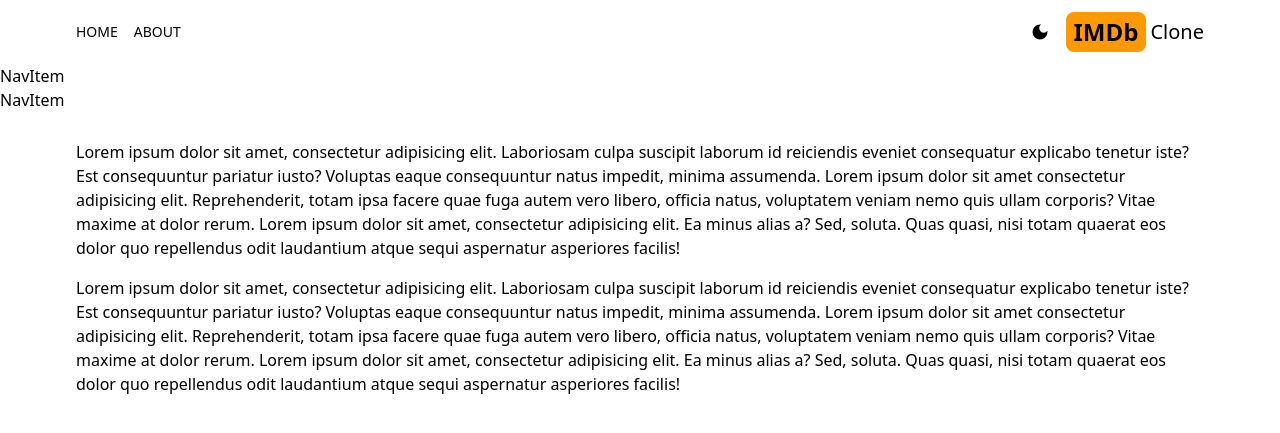
Repository: EmmyDunny1/Imdb-Clone
Page: /About
The author's editor kept a copy of each file at every save. The page is drawn from the files as they stood at one save, then again after the next save.
The browser window is 1280 px wide. The pictures show the whole page.
The project was rebuilt for these pictures with package versions that can differ from the ones it lists, and the page was loaded fresh each time. The framework's server and built-in components were replaced by stand-ins that run in the browser. Also part of the build but not shown: next.config.mjs.

Above is the page before, as saved 2025-07-24 14:10:59.

### src/app/layout.js
import { Geist, Geist_Mono } from "next/font/google";
import "./globals.css";
import Header from "@/components/Header";
import Providers from "@/app/Providers";
import Navbar from "@/components/Navbar";

const geistSans = Geist({
  variable: "--font-geist-sans",
  subsets: ["latin"],
});

const geistMono = Geist_Mono({
  variable: "--font-geist-mono",
  subsets: ["latin"],
});

export const metadata = {
  title: "imdb-clone",
  description: "Generated By Next",
};

export default function RootLayout({ children }) {
  return (
    <html lang="en" suppressHydrationWarning>
      <body
        className={`${geistSans.variable} ${geistMono.variable} antialiased`}
      >
        <Providers>
        <Header />
        <Navbar />
        {children}
        </Providers>

      </body>
    </html>
  );
}

### src/app/About/page.jsx
'use client'
import React from 'react'

export default function About() {
  return (
    <div className='p-3 space-y-4 max-w-6xl mx-auto'>
      <h1 className='text-2xl font-md'></h1>
      <p>Lorem ipsum dolor sit amet, consectetur adipisicing elit. Laboriosam culpa suscipit laborum id reiciendis eveniet consequatur explicabo tenetur iste? Est consequuntur pariatur iusto? Voluptas eaque consequuntur natus impedit, minima assumenda. Lorem ipsum dolor sit amet consectetur adipisicing elit. Reprehenderit, totam ipsa facere quae fuga autem vero libero, officia natus, voluptatem veniam nemo quis ullam corporis? Vitae maxime at dolor rerum. Lorem ipsum dolor sit amet, consectetur adipisicing elit. Ea minus alias a? Sed, soluta. Quas quasi, nisi totam quaerat eos dolor quo repellendus odit laudantium atque sequi aspernatur asperiores facilis!</p>
      <p>Lorem ipsum dolor sit amet, consectetur adipisicing elit. Laboriosam culpa suscipit laborum id reiciendis eveniet consequatur explicabo tenetur iste? Est consequuntur pariatur iusto? Voluptas eaque consequuntur natus impedit, minima assumenda. Lorem ipsum dolor sit amet consectetur adipisicing elit. Reprehenderit, totam ipsa facere quae fuga autem vero libero, officia natus, voluptatem veniam nemo quis ullam corporis? Vitae maxime at dolor rerum. Lorem ipsum dolor sit amet, consectetur adipisicing elit. Ea minus alias a? Sed, soluta. Quas quasi, nisi totam quaerat eos dolor quo repellendus odit laudantium atque sequi aspernatur asperiores facilis!</p>
    </div>
  )
}

### src/components/Header.jsx
import React from "react";
import MenuItem from "@/components/MenuItem";
import { AiFillHome } from "react-icons/ai";
import { BsFillInfoCircleFill } from "react-icons/bs";
import Link from "next/link";
import DarkModeSwitch from "./DarkModeSwitch";

export default function Header() {
  return (
    <>
      <div className="flex justify-between p-3  max-w-6xl mx-auto ">
        <div className="flex gap-4">
          <MenuItem
            title="home"
            address="/"
            Icon={AiFillHome}
          />
          <MenuItem
            title="about"
            address="/about"
            Icon={BsFillInfoCircleFill}
          />
        </div>
        <div className="flex items-center gap-4">
          <DarkModeSwitch />
          <Link
            href={"/"}
            className="flex gap-1 items-center"
          >
            <span className="px-2  py-1 font-bold bg-amber-500 rounded-lg text-2xl">
              IMDb
            </span>
            <span className=" hidden sm:inline text-xl">Clone</span>
          </Link>
        </div>
      </div>
    </>
  );
}

### src/app/Providers.jsx
"use client";
import { ThemeProvider } from "next-themes";

export default function Providers({ children }) {
  return <ThemeProvider attribute="class">{children}</ThemeProvider>;
}

### src/components/Navbar.jsx
import React from 'react'
import NavbarItem from './NavbarItem'

export default function Navbar() {
  return (
    <div>
      <NavbarItem title='Trending' param='fetchTrending'/>
      <NavbarItem title='Top Rated' param='fetchTopRated'/>
    </div>
  )
}

### src/components/MenuItem.jsx
import React from "react";
import Link from "next/link";

export default function MenuItem({ title, address, Icon }) {
  return (
    <Link
      href={address}
      className="hover:text-amber-500 text-2xl"
    >
      <Icon className="text-2xl sm:hidden" />
      <p className="uppercase hidden sm:inline text-sm">{title}</p>
    </Link>
  );
}

### src/components/DarkModeSwitch.jsx
"use client";
import { MdLightMode, MdDarkMode } from "react-icons/md";
import { useTheme } from "next-themes";
import { useEffect, useState } from "react";

import React from "react";

export default function DarkModeSwitch() {
  const { theme, setTheme, systemTheme } = useTheme();
  const [mounted, setMounted] = useState(false);

  useEffect(() => {
    setMounted(true);
  }, []);

  if (!mounted) return null; // Prevent hydration mismatch

  const currentTheme = theme === "system" ? systemTheme : theme;

  return (
    <div>
      {theme &&
        (currentTheme === "dark" ? (
          <MdLightMode
            onClick={() => setTheme("light")}

            className="hover:text-amber-500 text-xl cursor-pointer"
          />
        ) : (
          <MdDarkMode
            onClick={() => setTheme("dark")}
            className="hover:text-amber-500 text-xl cursor-pointer"
          />
        ))}
    </div>
  );
}

### src/components/NavbarItem.jsx
import React from 'react'

export default function NavbarItem() {
  return (
    <div>
      NavItem
    </div>
  )
}

Loaded but not shown: src/app/globals.css (common file)

After the next save:
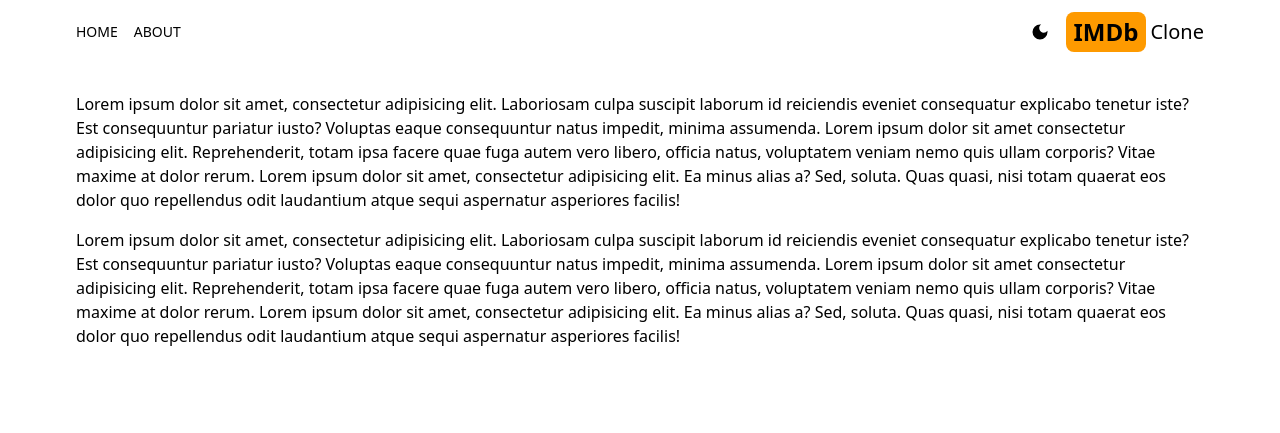
Saved 25 s later.
--- a/src/components/NavbarItem.jsx
+++ b/src/components/NavbarItem.jsx
@@ -3,7 +3,7 @@
 export default function NavbarItem() {
   return (
     <div>
-      NavItem
+
     </div>
   )
 }
